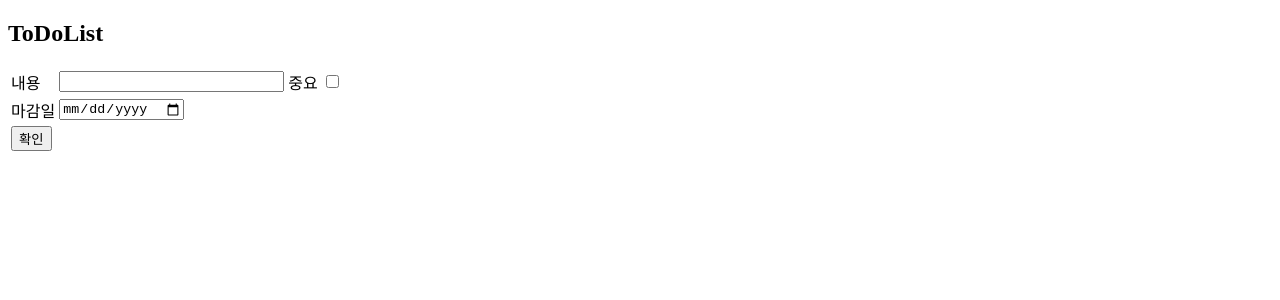
Repository: leesaereum/ToDoList
Page: http://localhost/ToDo/create.jsp
An editor plug-in stored every save of this project. The page is shown before and after the next save, followed by the edit.
The browser window is 1280 px wide. The pictures show the whole page.
The page is served by Tomcat 9.

Above is the page before, as saved 2022-03-29 06:00:10.

After the next save:
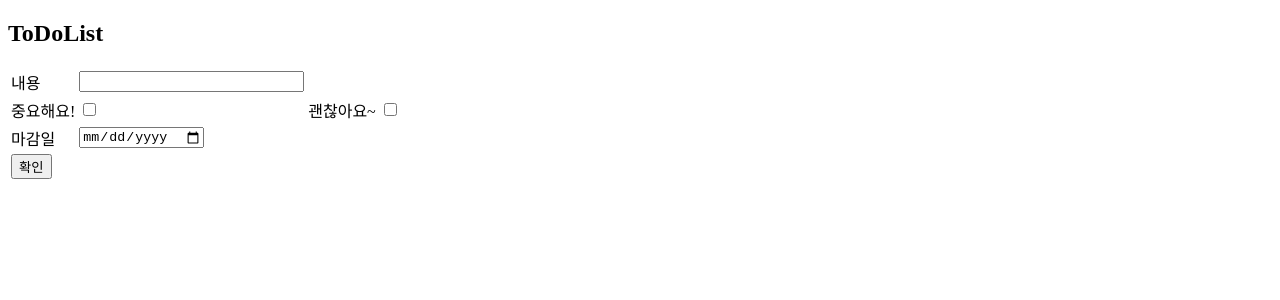
Saved 4 min 50 s later.
--- a/ToDo/src/main/webapp/create.jsp
+++ b/ToDo/src/main/webapp/create.jsp
@@ -14,8 +14,13 @@
 		<tr>
 			<td>내용</td>
 			<td><input type="text" name="content" size="25"></td>
-			<td>중요</td>
-			<td><input type="checkbox" name="isImportant" value = "1" size="20"></td>
+
+		</tr>
+		<tr>
+		<td>중요해요!</td>
+		<td><input type="checkbox" name="isImportant" value = "1" size="20"></td>
+		<td>괜찮아요~</td>
+		<td><input type="checkbox" name="isImportant" value = "0" size="20"></td>
 		</tr>
 		<tr>
 			<td>마감일</td>
